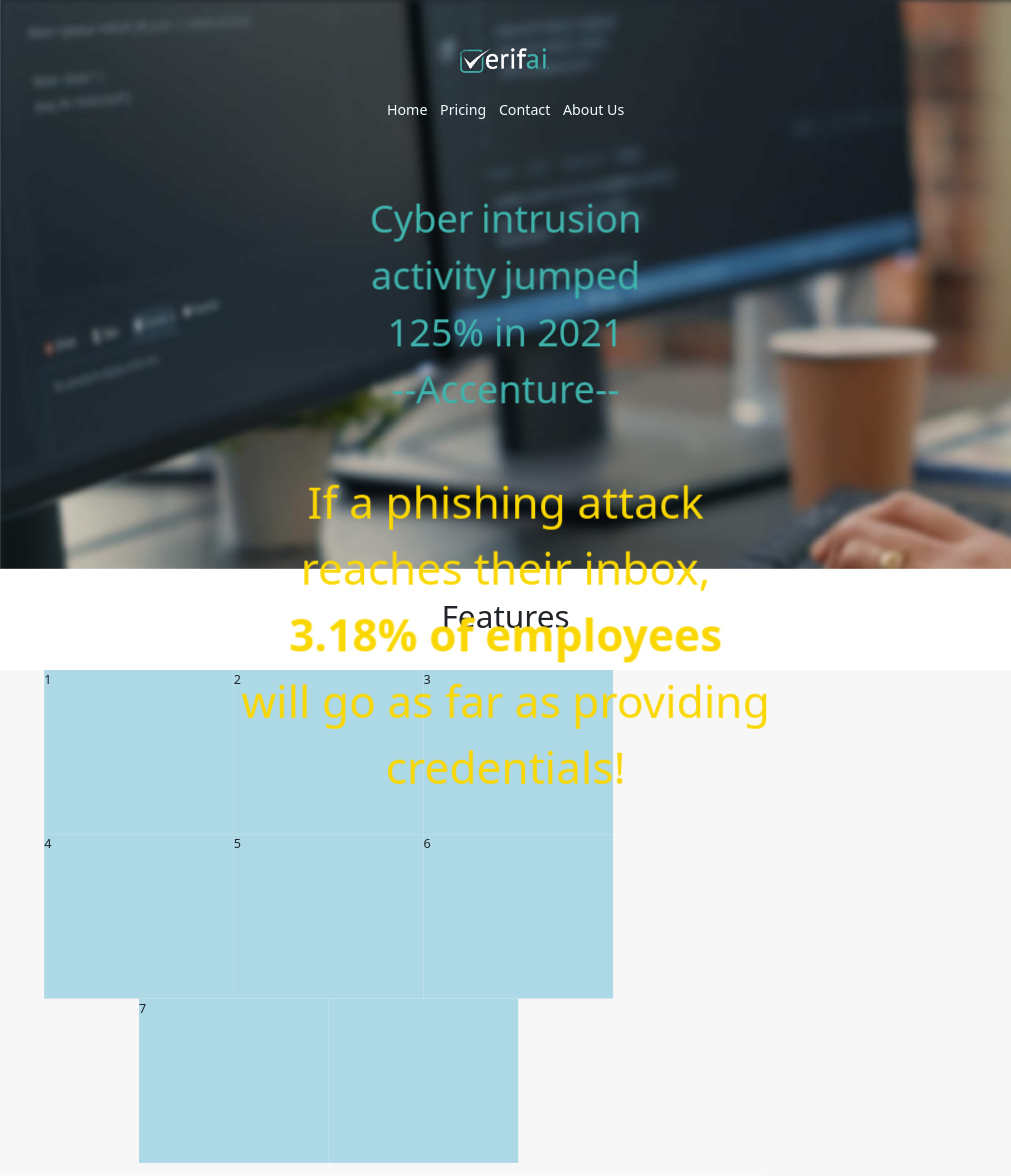
Repository: Ali-VB/verif-website
Page: /
These files come from the project's save history. The page is drawn as it stood at one moment and after a run of saves; the edit follows.
The browser window is 1280 px wide. The pictures show the whole page, at 79% of full size.
The project was rebuilt for these pictures with package versions that can differ from the ones it lists, and the page was loaded fresh each time.

Above is the page before, as saved 2022-04-19 10:59:07.

After the next 2 saves:
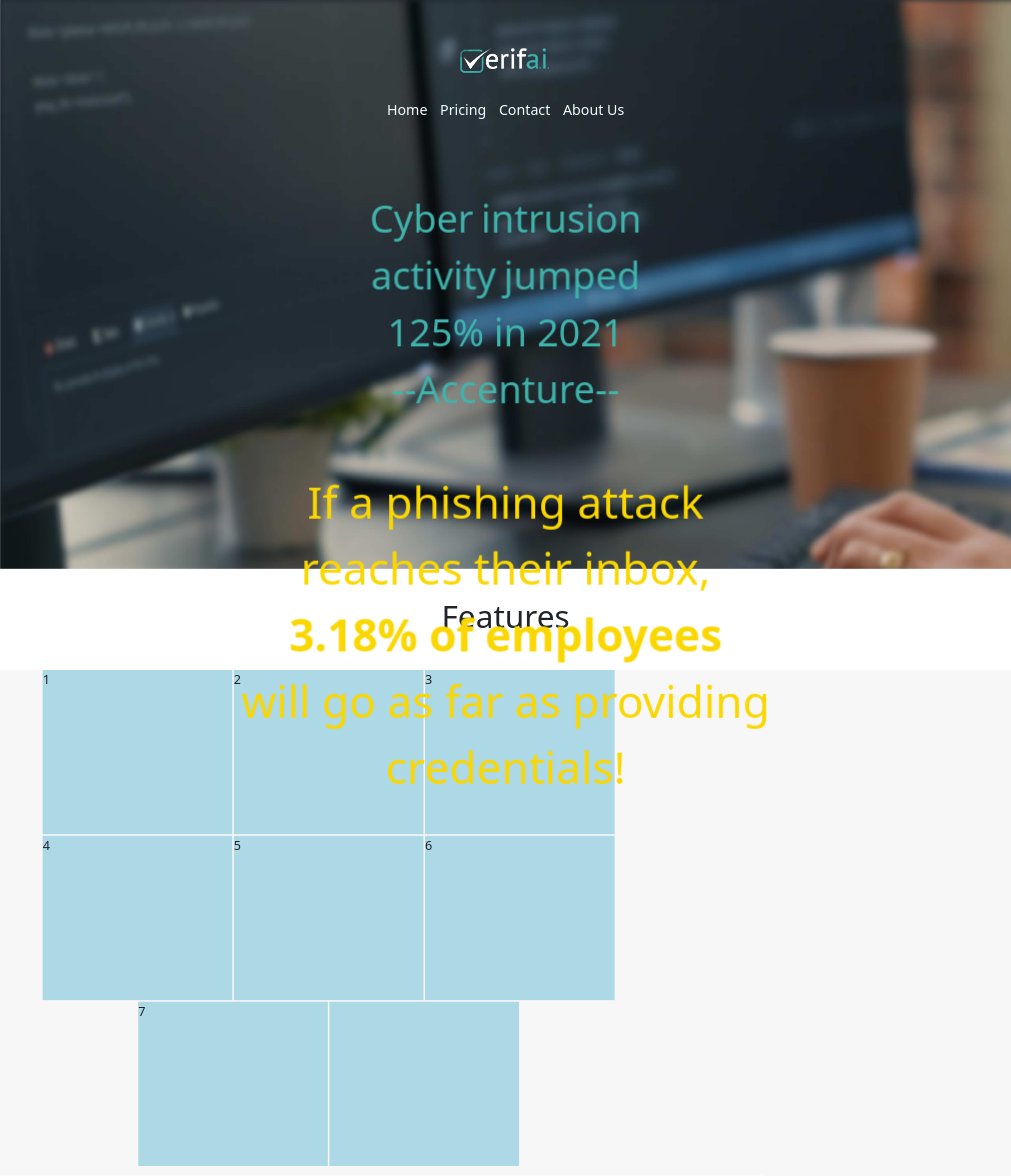
The 2 saves are shown as one change because they came seconds apart.
The last was saved 5 s later.
--- a/src/components/Features/Features.css
+++ b/src/components/Features/Features.css
@@ -21,7 +21,7 @@
     /* height: 80vh; */
     overflow: auto;
     flex-direction: row;
-    gap: ;
+    gap: 2px;
 }
 .feature-table div{
     width: 15rem;

After the save that followed:
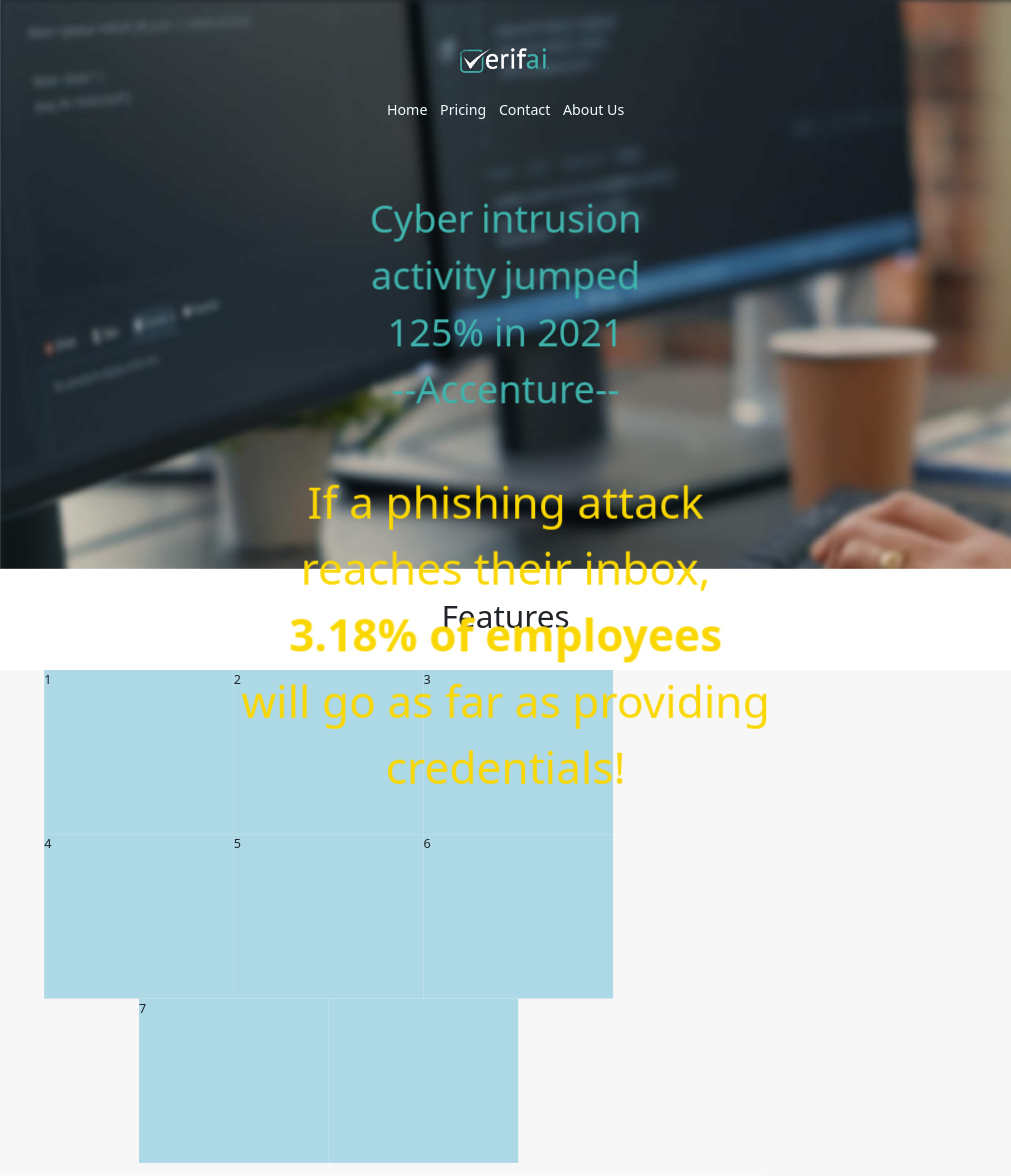
Saved 8 s later.
--- a/src/components/Features/Features.css
+++ b/src/components/Features/Features.css
@@ -21,7 +21,7 @@
     /* height: 80vh; */
     overflow: auto;
     flex-direction: row;
-    gap: 2px;
+    gap: 2px red;
 }
 .feature-table div{
     width: 15rem;
